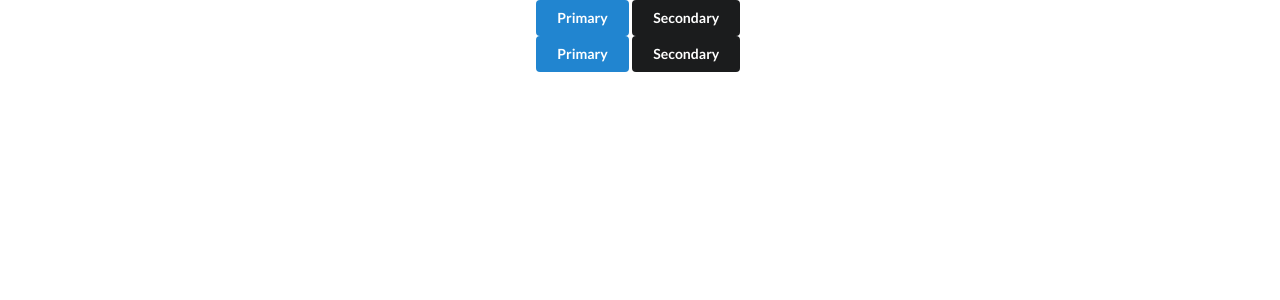
Repository: rizacantire/libraryReact
Page: /
These files come from the project's save history. The page is drawn as it stood at one moment and after the next save; the edit follows.
The browser window is 1280 px wide. The pictures show the whole page.
The project was rebuilt for these pictures with package versions that can differ from the ones it lists, and the page was loaded fresh each time.

Above is the page before, as saved 2021-08-09 00:19:02.

### src/App.js
import logo from './logo.svg';
import './App.css';
import 'semantic-ui-css/semantic.min.css'
import Dashboard from './layouts/Dashboard';
function App() {
  return (
    <div className="App">
      <Dashboard/>
      <Dashboard/>

    </div>
  );
}

export default App;

### src/layouts/Dashboard.js
import React from 'react'
import { Button } from 'semantic-ui-react'

export default function Dashboard() {
    return (
        <div>
      <Button content='Primary' primary />
      <Button content='Secondary' secondary />
    </div>
    )
}

Loaded but not shown: public/index.html (common file); src/index.js (common file); src/index.css (common file); src/reportWebVitals.js (common file); src/App.css (common file)

After the next save:
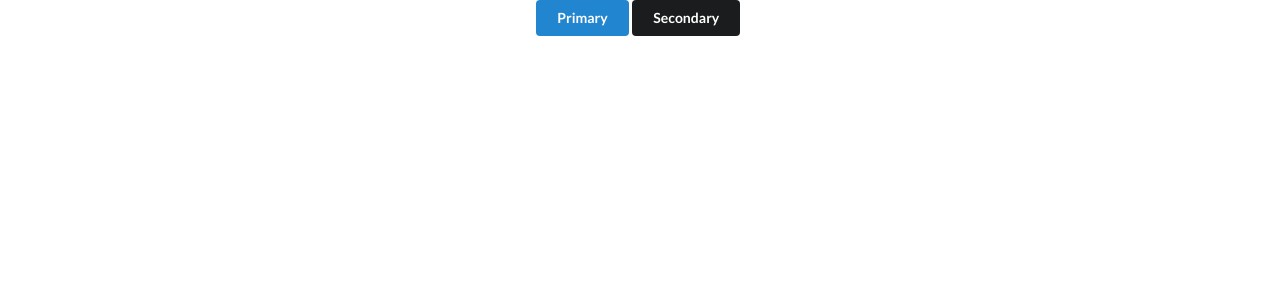
Saved 44 s later.
--- a/src/App.js
+++ b/src/App.js
@@ -6,7 +6,7 @@ function App() {
   return (
     <div className="App">
       <Dashboard/>
-      <Dashboard/>
+
 
     </div>
   );
